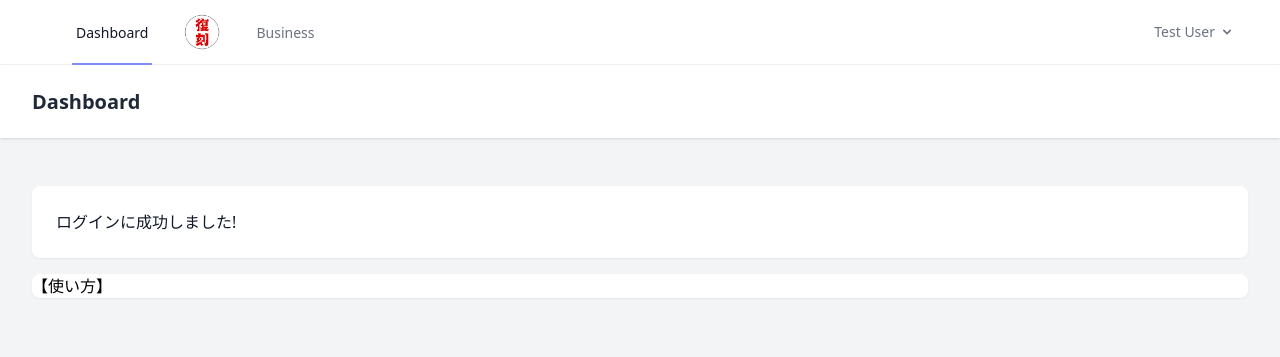
Repository: kyoko-shiraishi/Reproduce
Page: http://localhost/dashboard
These files come from the project's save history. The page is drawn as it stood at one moment and after the next save; the edit follows.
The browser window is 1280 px wide. The pictures show the whole page.
Some web libraries are served in a nearby version. The page is served by the project's Laravel application, run on PHP 8.4 with Laravel 12. A made-up administrator, Test User (test@example.com), is signed in. Other server files are loaded and not shown. Style sheets and scripts are compiled from the project's sources, by tool versions that may differ from the author's. Queries for data that is not in the repository find no rows.

Above is the page before, as saved 2024-10-24 20:28:36.

### app/Providers/AppServiceProvider.php
<?php
namespace App\Providers;

use Illuminate\Support\ServiceProvider;
use Illuminate\Support\Facades\View;
use App\Models\Category; // Categoryモデルをインポート

class AppServiceProvider extends ServiceProvider
{
    public function boot()
    {
        // \URL::forceScheme('https');
        // すべてのビューにカテゴリを渡す
        View::composer('*', function ($view) {
            $categories = Category::all();
            $view->with('categories', $categories);
        });
    }

    public function register()
    {
        //
    }
}

### routes/web.php
<?php

use App\Http\Controllers\ProfileController;
use Illuminate\Support\Facades\Route;
use App\Http\Controllers\PleaseController;
use App\Http\Controllers\Auth\AuthenticatedSessionController;
use App\Http\Controllers\SearchController;
use App\Http\Controllers\PostController;
use App\Http\Controllers\NewController;
use App\Http\Controllers\LikeController;

// ララベルトップルート
Route::get('/', function () {
    return view('welcome');
});



// ログインページのルート
Route::get('/login', [AuthenticatedSessionController::class, 'create'])->name('login');

// ログイン処理のルート
Route::post('/login', [AuthenticatedSessionController::class, 'store']);

// 登録ページのルート
Route::get('/register', [RegisteredUserController::class, 'create'])->name('register');

// 登録処理のルート
Route::post('/register', [RegisteredUserController::class, 'store']);

// ダッシュボードのルート
Route::get('/dashboard', function () {
    return view('dashboard');
})->middleware(['auth', 'verified'])->name('dashboard');




// 認証が必要なルート
Route::middleware('auth')->group(function () {
// ホームページのルート
Route::get('/home',[PleaseController::class,'home'])->name('home');

Route::get('/business',[PleaseController::class,'business'])->name('business');
Route::get('/infomation',[PleaseController::class,'infomation'])->name('infomation');
Route::get('/logo',[PleaseController::class,'logo'])->name('logo');

Route::get('/search',[SearchController::class,'search'])->name('search.results');
Route::get('/post/{id}',[PostController::class,'post'])->name('post');
Route::get('/new_thread_create',[PleaseController::class,'new_thread_create'])->name('new_thread_create');

Route::post('/thread_store',[NewController::class,'category'])->name('category');

Route::post('/thread_store',[NewController::class,'thread_store'])->name('thread_store');
Route::get('/new_post_create/{id}', [NewController::class, 'new_post_create'])->name('new_post_create');

Route::post('/post_store/{threadId}', [NewController::class, 'post_store'])->name('post_store');
Route::get('/delete',[PleaseController::class,'delete_show'])->name('delete_show');
Route::post('/delete_selected',[PleaseController::class,'delete_selected'])->name('delete_selected');

Route::post('/thread/like', [LikeController::class, 'likeThread']);
Route::post('/post/like',[LikeController::class, 'LikePost']);


    Route::get('/profile', [ProfileController::class, 'edit'])->name('profile.edit');
    Route::patch('/profile', [ProfileController::class, 'update'])->name('profile.update');
    Route::delete('/profile', [ProfileController::class, 'destroy'])->name('profile.destroy');
});

require __DIR__.'/auth.php';

### app/Models/User.php
<?php

namespace App\Models;

// use Illuminate\Contracts\Auth\MustVerifyEmail;
use Illuminate\Database\Eloquent\Factories\HasFactory;
use Illuminate\Foundation\Auth\User as Authenticatable;
use Illuminate\Notifications\Notifiable;

class User extends Authenticatable
{
    use HasFactory, Notifiable;

    /**
     * The attributes that are mass assignable.
     *
     * @var array<int, string>
     */
    protected $fillable = [
        'name',
        'email',
        'password',
        'prefecture',
        'age',
        'gender',
    ];

    /**
     * The attributes that should be hidden for serialization.
     *
     * @var array<int, string>
     */
    protected $hidden = [
        'password',
        'remember_token',
    ];

    /**
     * Get the attributes that should be cast.
     *
     * @return array<string, string>
     */
    protected function casts(): array
    {
        return [
            'email_verified_at' => 'datetime',
            'password' => 'hashed',
        ];
    }
    public function prefecture(){
return $this->belongsTo(prefecture::class,'prefectures_id');
    }
    public function threads(){
        return $this->hasMany(Thread::class);
    }
    public function posts(){
        return $this->hasMany(Post::class);
    }
    public function thread_likes(){
        return $this->hasMany(ThreadLike::class);
    }
    public function post_likes(){
        return $this->hasMany(PostLike::class);
    }
}

### app/Models/Category.php
<?php

namespace App\Models;

use Illuminate\Database\Eloquent\Factories\HasFactory;
use Illuminate\Database\Eloquent\Model;

class Category extends Model
{
    use HasFactory;

    // 保存するデータ
    protected $fillable = ['name'];


    /**
     * 製品とのリレーション
     */
    public function products()
    {
        return $this->hasMany(Product::class, 'category_id');
        // 'category_id' は、Product テーブル内の外部キーのカラム名です。このカラムは、どの Category に属しているかを示します
    }
}

### resources/views/dashboard.blade.php
<x-app-layout>
@vite(['resources/css/app.css', 'resources/js/app.js'])
    <x-slot name="header">
        <h2 class="font-semibold text-xl text-gray-800 leading-tight">
            {{ __('Dashboard') }}
        </h2>
    </x-slot>

    <div class="py-12">
        <div class="max-w-7xl mx-auto sm:px-6 lg:px-8">
            <div class="bg-white overflow-hidden shadow-sm sm:rounded-lg">
                <div class="p-6 text-gray-900">
                    {{ __("ログインに成功しました!") }}
                </div>
            </div>
            <div class="bg-white overflow-hidden shadow-sm sm:rounded-lg mt-4">
                <p>【使い方】</p>
            </div>
        </div>

    </div>
</x-app-layout>

### resources/views/layouts/app.blade.php
<!DOCTYPE html>
<html lang="{{ str_replace('_', '-', app()->getLocale()) }}">
    <head>
        <meta charset="utf-8">
        <meta name="viewport" content="width=device-width, initial-scale=1">
        <meta name="csrf-token" content="{{ csrf_token() }}">
        @vite(['resources/css/app.css', 'resources/js/app.js'])


        <title>{{ config('app.name', 'Laravel') }}</title>

        <!-- Fonts -->

        <!-- Scripts -->
        <script src="https://kit.fontawesome.com/e7550042f0.js" crossorigin="anonymous"></script>

        <style>
        .threadList{
        text-align:center;
        }
        .each {

            width: 100%; /* 幅を100%に設定 */
            margin: 0; /* 左右のマージンを0に設定 */
            padding: 0; /* パディングを0に設定 */
        }

        .each {
            display:flex;
            flex-wrap:wrap;/* 折り返し */
            list-style-type: none; /* リストスタイルを消去 */
            width:100%;
            margin:0px;
        }

        a{
            width:100%;
        }


       .like-btn{
        z-index:10;

       }


        .each li {
            /* border: 1px solid #ccc; 各スレッドにボーダーを追加 */
            padding: 0px; /* 内側のパディングを設定 */
            margin-bottom: 10px; /* 各リスト項目の下にマージンを追加 */
            width: 1250x;
            margin:0 auto 50px;
        }
        @media screen and (min-width:380px){
            .border-4.border-blue-400.rounded-lg.p-4.shadow-md.flex.items-start{
                width:46%;
                margin:20px 2%;
            }
        }
        @media screen and (max-width:379.9px){
            .border-4.border-blue-400.rounded-lg.p-4.shadow-md.flex.items-start{
               margin:10px 0;
            }
        }
        .liked{
            color:orangered;
            transition:.2s;
        }
        .flexbox{
            align-items: center;
            display: flex;
        }
        .count-num{
            font-size: 20px;
            margin-left: 10px;
        }
        .fa-heart{
            font-size: 30px;
        }
        .responsive-img {
            /* max-width: 100%; 画像の最大幅を親要素に合わせる */
            /* width: 500px; 画像の幅を固定 */
            /* height: 200px; 画像の高さを固定 */
            /* object-fit: cover; 縦横比を維持しつつ、指定したサイズに収まるように調整 */
            /* border-radius: 8px; 角を少し丸くしたい場合 */
            width:100%;

        }
        .content{
            margin-bottom:50px;
        }
        .yoko{
            display:flex;
            justify-content:space-evenly;
        }
        .yoko p {
            margin-right: 10px; /* 右側の間隔を設定 */
        }
        .yoko h3{
            margin-right: 10px;
        }
        .top-thread-1 {

            background: linear-gradient(45deg, #c0b283 0%, #c0b283 45%, #FEE9A0 70%, #c0b283 85%, #c0b283 90% 100%);
  background-size: 800% 400%;
  animation: gradient 5s infinite cubic-bezier(.62, .28, .23, .99) both;
        }
        @keyframes gradient {
  0% {
    background-position: 0% 50%;
  }

  50% {
    background-position: 100% 50%;
  }

  100% {
    background-position: 0% 50%;
  }
}
        .top-thread-2 {
            background: linear-gradient(45deg, #757575 0%, #9E9E9E 45%, #E8E8E8 70%, #9E9E9E 85%, #757575 90% 100%);
  background-size: 800% 400%;
  animation: gradient 5s infinite cubic-bezier(.62, .28, .23, .99) both;
        }
        @keyframes gradient {
  0% {
    background-position: 0% 50%;
  }

  50% {
    background-position: 100% 50%;
  }

  100% {
    background-position: 0% 50%;
  }
}

        .top-thread-3 {
            background: linear-gradient(45deg, #a57e65 0%, #a57e65 45%, #f3cfb8 70%, #a57e65 85%, #a57e65 90% 100%);
  background-size: 800% 400%;
  animation: gradient 5s infinite cubic-bezier(.62, .28, .23, .99) both;
        }
        @keyframes gradient {
  0% {
    background-position: 0% 50%;
  }

  50% {
    background-position: 100% 50%;
  }

  100% {
    background-position: 0% 50%;
  }
}

        .comment_list{
            margin:20px;
        }
        .font-bold{
            margin-bottom:20px;
        }
        .button{
            margin:20px;
        }

    </style>

    </head>
    <body class="font-sans antialiased">
        <div class="min-h-screen bg-gray-100">
            @include('layouts.navigation')

            <!-- Page Heading -->
            @isset($header)
                <header class="bg-white shadow">
                    <div class="max-w-7xl mx-auto py-6 px-4 sm:px-6 lg:px-8">
                        {{ $header }}
                    </div>
                </header>
            @endisset

            <!-- Page Content -->
            <main>
                {{ $slot }}
            </main>
        </div>
    </body>
</html>

### resources/views/layouts/navigation.blade.php
<nav x-data="{ open: false }" class="bg-white border-b border-gray-100">
    <!-- Primary Navigation Menu -->
    <div class="max-w-7xl mx-auto px-4 sm:px-6 lg:px-8">
        <div class="flex justify-between h-16">
        <div class="flex">
                <!-- Navigation Links -->
                <div class="hidden space-x-8 sm:-my-px sm:ms-10 sm:flex">
                    <x-nav-link :href="route('dashboard')" :active="request()->routeIs('dashboard')">
                        {{ __('Dashboard') }}
                    </x-nav-link>
                     <!-- Logo -->
                <div class="shrink-0 flex items-center">
                    <a href="{{ route('home') }}">
                        <img src="{{ asset('images/logo2.png') }}" class="block h-9 w-auto" alt="Logo">
                    </a>
                </div>
                    <x-nav-link :href="route('business')" :active="request()->routeIs('index')">
                        {{ __('Business') }}
                    </x-nav-link>
                </div>


            </div>


            <!-- Settings Dropdown -->
            <div class="hidden sm:flex sm:items-center sm:ms-6">
                <x-dropdown align="right" width="48">
                    <x-slot name="trigger">
                        <button class="inline-flex items-center px-3 py-2 border border-transparent text-sm leading-4 font-medium rounded-md text-gray-500 bg-white hover:text-gray-700 focus:outline-none transition ease-in-out duration-150">
                        @auth
                            <div>{{ Auth::user()->name }}</div>
                        @endauth

                            <div class="ms-1">
                                <svg class="fill-current h-4 w-4" xmlns="http://www.w3.org/2000/svg" viewBox="0 0 20 20">
                                    <path fill-rule="evenodd" d="M5.293 7.293a1 1 0 011.414 0L10 10.586l3.293-3.293a1 1 0 111.414 1.414l-4 4a1 1 0 01-1.414 0l-4-4a1 1 0 010-1.414z" clip-rule="evenodd" />
                                </svg>
                            </div>
                        </button>
                    </x-slot>

                    <x-slot name="content">
                        <x-dropdown-link :href="route('profile.edit')">
                            {{ __('Profile') }}
                        </x-dropdown-link>

                        <x-dropdown-link :href="route('delete_show')">
                            {{ __('delete') }}
                        </x-dropdown-link>

                        <!-- Authentication -->
                        <form method="POST" action="{{ route('logout') }}">
                            @csrf

                            <x-dropdown-link :href="route('logout')"
                                    onclick="event.preventDefault();
                                                this.closest('form').submit();">
                                {{ __('Log Out') }}
                            </x-dropdown-link>
                        </form>
                    </x-slot>
                </x-dropdown>
            </div>

            <!-- Hamburger -->
            <div class="-me-2 flex items-center sm:hidden">
                <button @click="open = ! open" class="inline-flex items-center justify-center p-2 rounded-md text-gray-400 hover:text-gray-500 hover:bg-gray-100 focus:outline-none focus:bg-gray-100 focus:text-gray-500 transition duration-150 ease-in-out">
                    <svg class="h-6 w-6" stroke="currentColor" fill="none" viewBox="0 0 24 24">
                        <path :class="{'hidden': open, 'inline-flex': ! open }" class="inline-flex" stroke-linecap="round" stroke-linejoin="round" stroke-width="2" d="M4 6h16M4 12h16M4 18h16" />
                        <path :class="{'hidden': ! open, 'inline-flex': open }" class="hidden" stroke-linecap="round" stroke-linejoin="round" stroke-width="2" d="M6 18L18 6M6 6l12 12" />
                    </svg>
                </button>
            </div>
        </div>
    </div>

    <!-- Responsive Navigation Menu -->
    <div :class="{'block': open, 'hidden': ! open}" class="hidden sm:hidden">
        <div class="pt-2 pb-3 space-y-1">
            <x-responsive-nav-link :href="route('dashboard')" :active="request()->routeIs('dashboard')">
                {{ __('Dashboard') }}
            </x-responsive-nav-link>
        </div>

        <!-- Responsive Settings Options -->
        <div class="pt-4 pb-1 border-t border-gray-200">
            <div class="px-4">
                <div class="font-medium text-base text-gray-800">{{ Auth::user()->name }}</div>
                <div class="font-medium text-sm text-gray-500">{{ Auth::user()->email }}</div>
            </div>

            <div class="mt-3 space-y-1">
                <x-responsive-nav-link :href="route('profile.edit')">
                    {{ __('Profile') }}
                </x-responsive-nav-link>

                <!-- Authentication -->
                <form method="POST" action="{{ route('logout') }}">
                    @csrf

                    <x-responsive-nav-link :href="route('logout')"
                            onclick="event.preventDefault();
                                        this.closest('form').submit();">
                        {{ __('Log Out') }}
                    </x-responsive-nav-link>
                </form>
            </div>
        </div>
    </div>
</nav>

Loaded but not shown: routes/auth.php (common file); app/Http/Controllers/Auth/EmailVerificationPromptController.php (common file); app/Http/Controllers/Controller.php (common file); app/Http/Controllers/Auth/VerifyEmailController.php (common file); app/View/Components/AppLayout.php (common file); resources/views/components/nav-link.blade.php (common file); resources/views/components/dropdown-link.blade.php (common file); resources/views/components/dropdown.blade.php (common file); resources/views/components/responsive-nav-link.blade.php (common file); resources/css/app.css (common file); tailwind.config.js (common file)

After the next save:
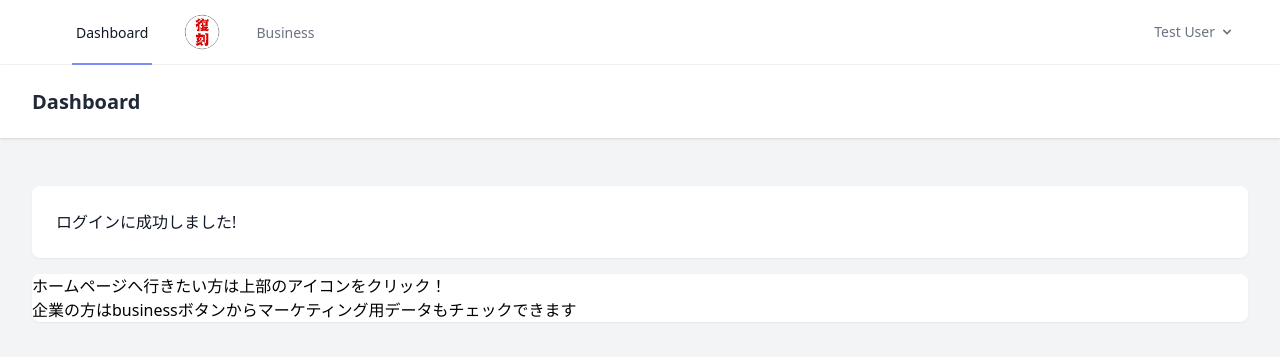
Saved 2 min 24 s later.
--- a/resources/views/dashboard.blade.php
+++ b/resources/views/dashboard.blade.php
@@ -14,7 +14,8 @@
                 </div>
             </div>
             <div class="bg-white overflow-hidden shadow-sm sm:rounded-lg mt-4">
-                <p>【使い方】</p>
+                <p>ホームページへ行きたい方は上部のアイコンをクリック！</p>
+                <p>企業の方はbusinessボタンからマーケティング用データもチェックできます</p>
             </div>
         </div>
 
